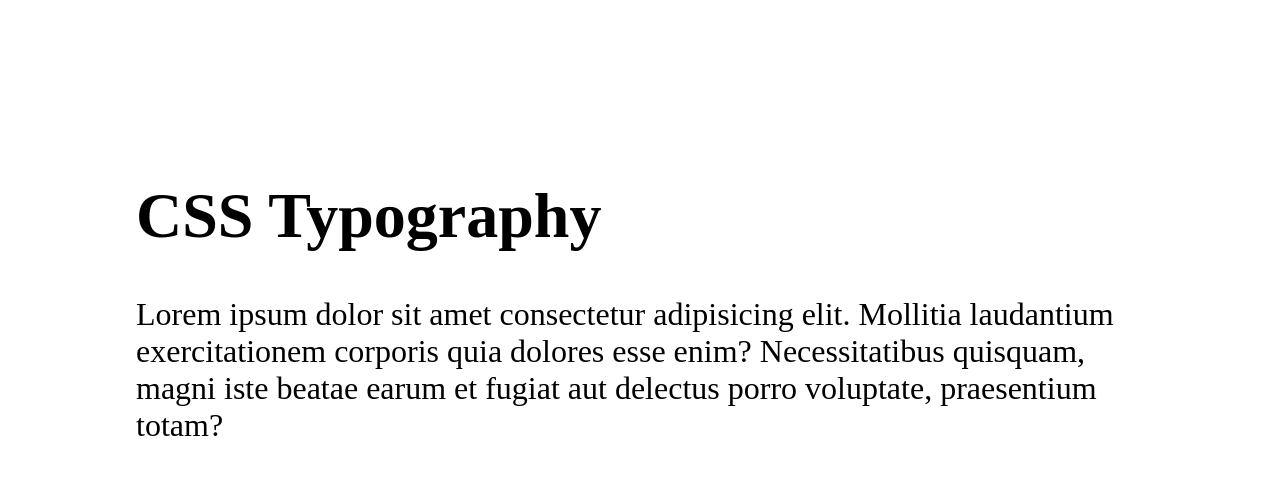
Repository: madhurik9999/Css
Page: index.html
The author's editor kept a copy of each file at every save. The page is drawn from the files as they stood at one save, then again after the next save.
The browser window is 1280 px wide. The pictures show the whole page.

Above is the page before, as saved 2023-12-10 13:20:28.

### index.html
<!DOCTYPE html>
<html lang="en">

<head>
    <meta charset="UTF-8">
    <meta http-equiv="X-UA-Compatible" content="IE=edge">
    <meta name="viewport" content="width=device-width, initial-scale=1.0">
    <title>Document</title>
    <link rel="stylesheet" href="styles/style.css">
</head>

<body>
    <header>
        <h1>CSS Typography</h1>
    </header>
    <main>
        <p>Lorem ipsum dolor sit amet consectetur adipisicing elit. Mollitia laudantium exercitationem corporis quia
            dolores esse enim? Necessitatibus quisquam, magni iste beatae earum et fugiat aut delectus porro voluptate,
            praesentium totam?</p>
        <!--
        <form>
            <label for="name">Name:</label>
            <input id="name" type="text" placeholder="Your Name" />
            <button>Submit</button>
        </form> -->
    </main>
</body>

</html>

### styles/style.css
/* Typography 1rem = 16px*/
body {
    padding: 10%;
    font-size: 2rem;
}

/* input,
button {
    font: inherit;
} */

After the next save:
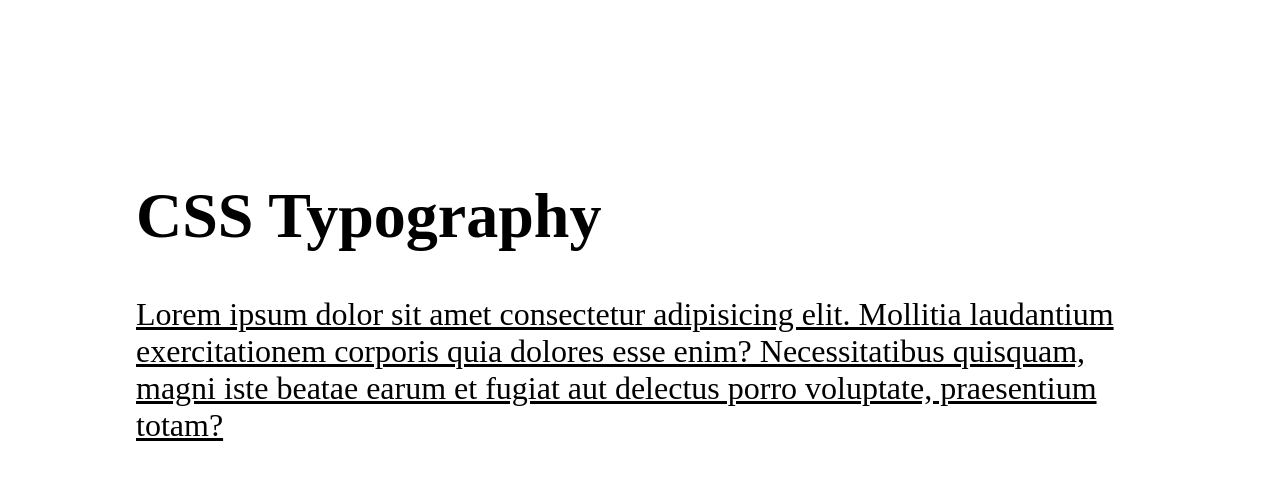
Saved 77 s later.
--- a/styles/style.css
+++ b/styles/style.css
@@ -8,3 +8,6 @@
 button {
     font: inherit;
 } */
+p {
+    text-decoration: underline;
+}
